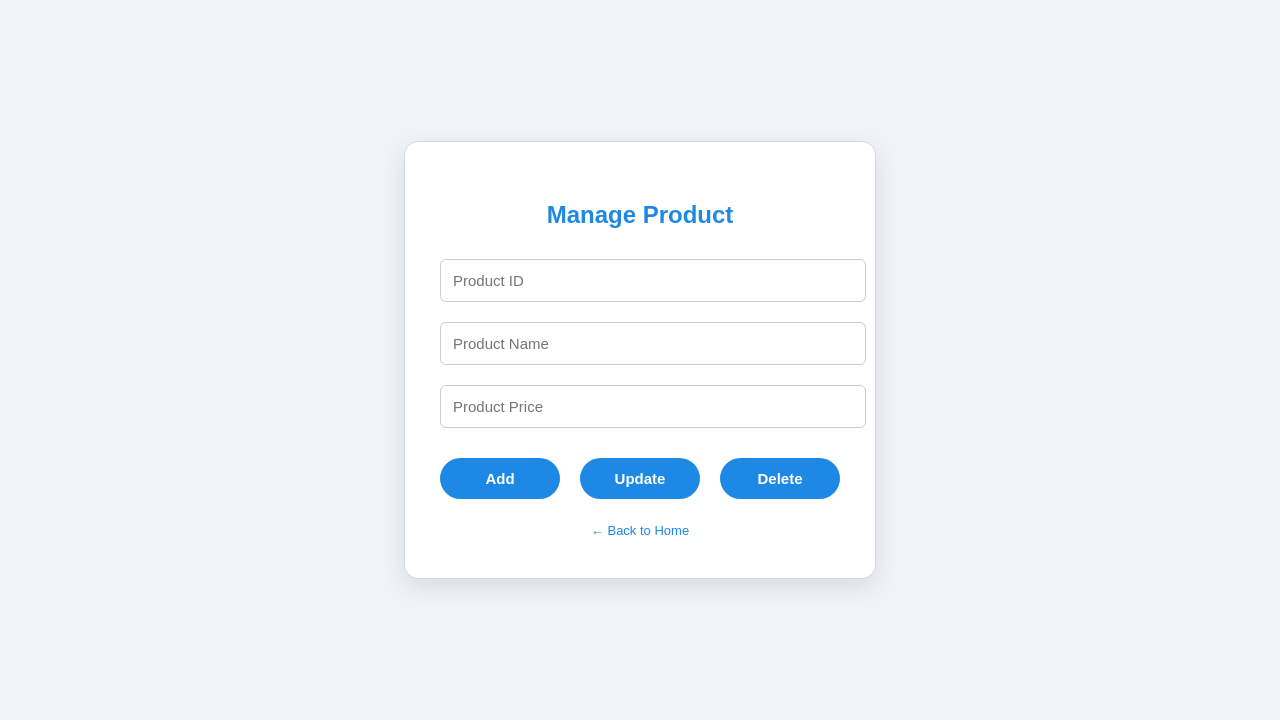
Repository: aakanksha4a/HoneySecure
Page: http://localhost/HoneySecure/amdproduct.jsp
An editor plug-in stored every save of this project. The page is shown before and after the next save, followed by the edit.
The browser window is 1280 px wide. The pictures show the whole page.
Some web fonts or font styles are not loaded; a fallback is used. The page is served by Tomcat 10. Other server files are loaded and not shown.

Above is the page before, as saved 2025-04-25 17:38:48.

### HoneySecure/src/main/webapp/amdproduct.jsp
<%@ page language="java" contentType="text/html; charset=UTF-8" pageEncoding="UTF-8"%>
<!DOCTYPE html>
<html lang="en">
<head>
  <meta charset="UTF-8" />
  <meta name="viewport" content="width=device-width, initial-scale=1.0"/>
  <title>Manage Product</title>
  <style>
   @import url('https://fonts.googleapis.com/css2?family=Rajdhani:wght@500&display=swap');

body {
  margin: 0;
  padding: 0;
  font-family: 'Rajdhani', sans-serif;
  background: #f0f4f8;
  height: 100vh;
  display: flex;
  justify-content: center;
  align-items: center;
  animation: fadeIn 0.6s ease-in;
}

.container {
  background-color: #ffffff;
  padding: 40px 35px;
  border-radius: 14px;
  border: 1px solid #d0d7de;
  box-shadow: 0 8px 25px rgba(0, 0, 0, 0.1);
  width: 400px;
  animation: slideUp 0.5s ease-out;
}

h2 {
  text-align: center;
  margin-bottom: 20px;
  color: #1e88e5;
  font-size: 24px;
}

.container input[type="text"] {
  width: 100%;
  padding: 12px;
  margin: 10px 0;
  border: 1px solid #ccc;
  border-radius: 6px;
  font-size: 15px;
  transition: 0.3s;
}

.container input[type="text"]:focus {
  border-color: #1e88e5;
  box-shadow: 0 0 8px rgba(30, 136, 229, 0.2);
  outline: none;
}

.btn-group {
  display: flex;
  justify-content: space-between;
  margin-top: 20px;
}

.btn-group input[type="submit"] {
  width: 30%;
  padding: 12px;
  background-color: #1e88e5;
  color: white;
  border: none;
  border-radius: 25px;
  font-size: 15px;
  font-weight: bold;
  cursor: pointer;
  transition: background-color 0.3s ease, transform 0.2s ease;
}

.btn-group input[type="submit"]:hover {
  background-color: #1565c0;
  transform: scale(1.04);
}

.message {
  color: #2e7d32;
  font-weight: bold;
  text-align: center;
  margin-bottom: 1rem;
  font-size: 14px;
}

.back-link {
  display: block;
  margin-top: 1.5rem;
  text-align: center;
  color: #1e88e5;
  text-decoration: none;
  font-size: 13px;
  transition: 0.3s;
}

.back-link:hover {
  color: #0d47a1;
  text-decoration: underline;
}

@keyframes fadeIn {
  from { opacity: 0; }
  to { opacity: 1; }
}

@keyframes slideUp {
  from { transform: translateY(40px); opacity: 0; }
  to { transform: translateY(0); opacity: 1; }
}
     </style>
</head>
<body>

  <div class="container">
    <h2>Manage Product</h2>

    <%
      String msg = (String)request.getAttribute("msg");
      if(msg != null){
    %>
        <div class="message"><%= msg %></div>
    <%
      }
    %>

    <form action="ProductServlet" method="post">
      <input type="text" name="pid" placeholder="Product ID" required />
      <input type="text" name="pname" placeholder="Product Name" />
      <input type="text" name="price" placeholder="Product Price" />

      <div class="btn-group">
        <input type="submit" value="Add" name="b1" />
        <input type="submit" value="Update" name="b1" />
        <input type="submit" value="Delete" name="b1" />
      </div>

      <a href="home.jsp" class="back-link">← Back to Home</a>
    </form>
  </div>

</body>
</html>

After the next save:
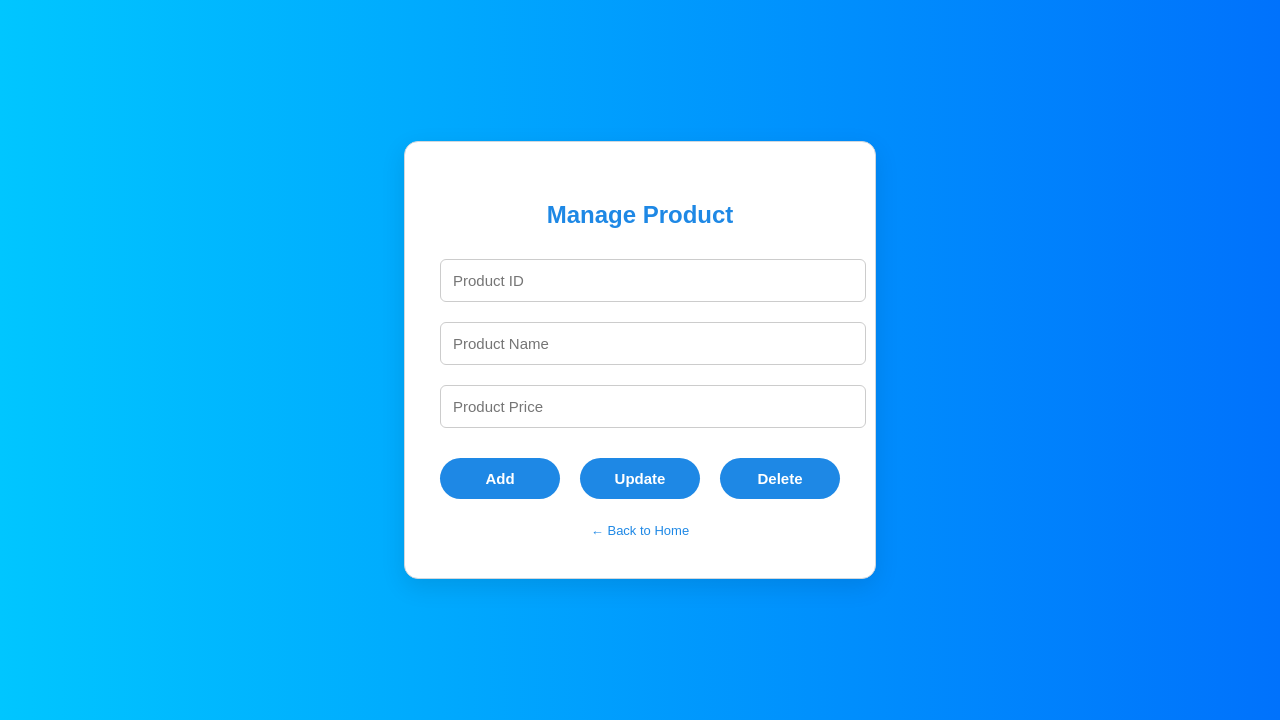
Saved 43 s later.
--- a/HoneySecure/src/main/webapp/amdproduct.jsp
+++ b/HoneySecure/src/main/webapp/amdproduct.jsp
@@ -12,7 +12,7 @@ body {
   margin: 0;
   padding: 0;
   font-family: 'Rajdhani', sans-serif;
-  background: #f0f4f8;
+  background: linear-gradient(to right, #00c6ff, #0072fc);
   height: 100vh;
   display: flex;
   justify-content: center;
